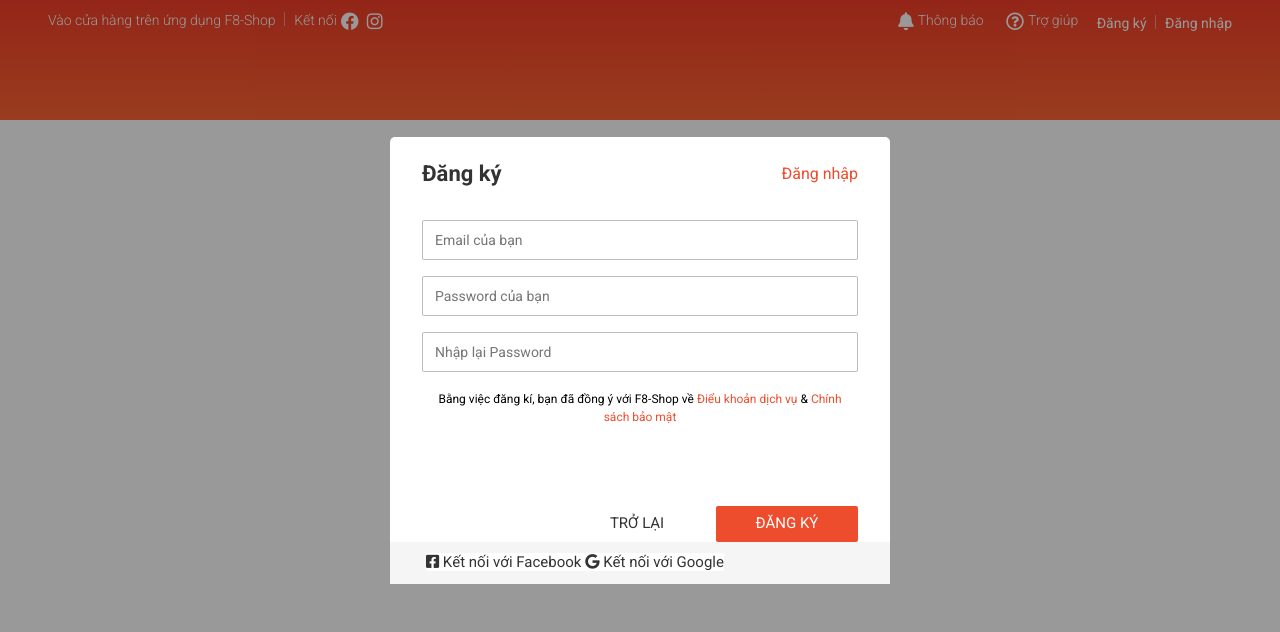
Repository: tvhoangit/tvhoangit.github.io
Page: Shoppe/index.html
An editor plug-in stored every save of this project. The page is shown before and after the next save, followed by the edit.
The browser window is 1280 px wide. The pictures show the whole page.

Above is the page before, as saved 2021-10-17 11:38:27.

After the next save:
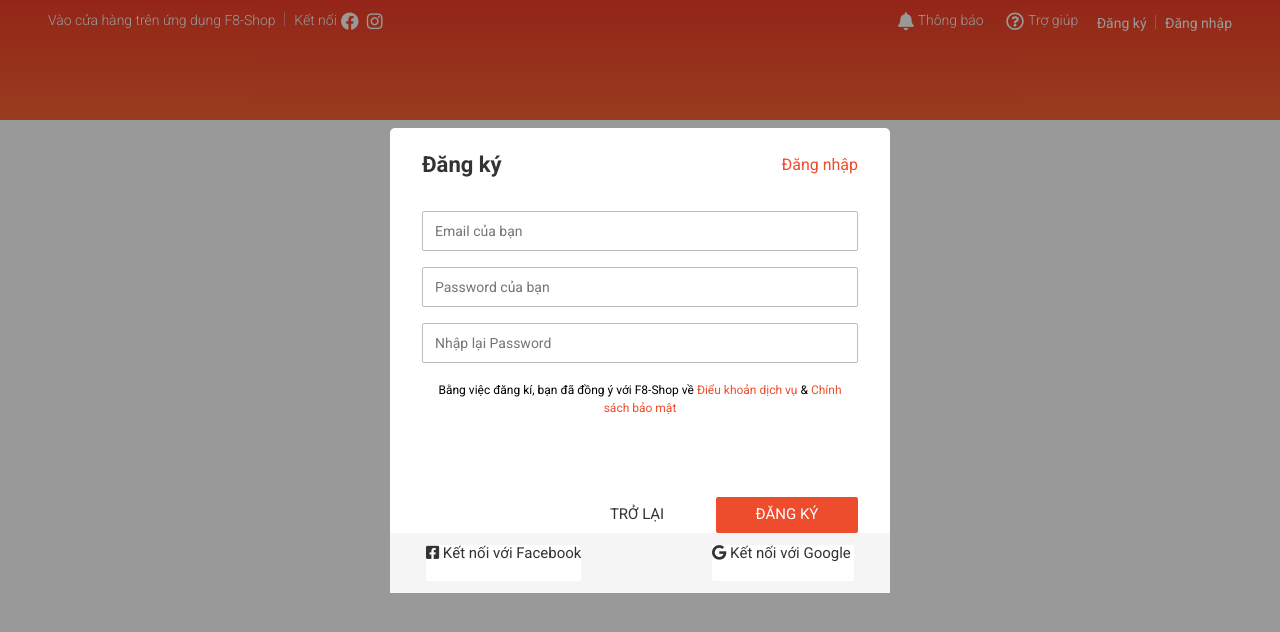
Saved 29 s later.
--- a/Shoppe/assets/css/main.css
+++ b/Shoppe/assets/css/main.css
@@ -254,4 +254,6 @@
 .auth-form__socials {
     background-color: #F5F5F5;
     padding: 12px 36px;
-}
+    display: flex;
+    justify-content: space-between;
+}
